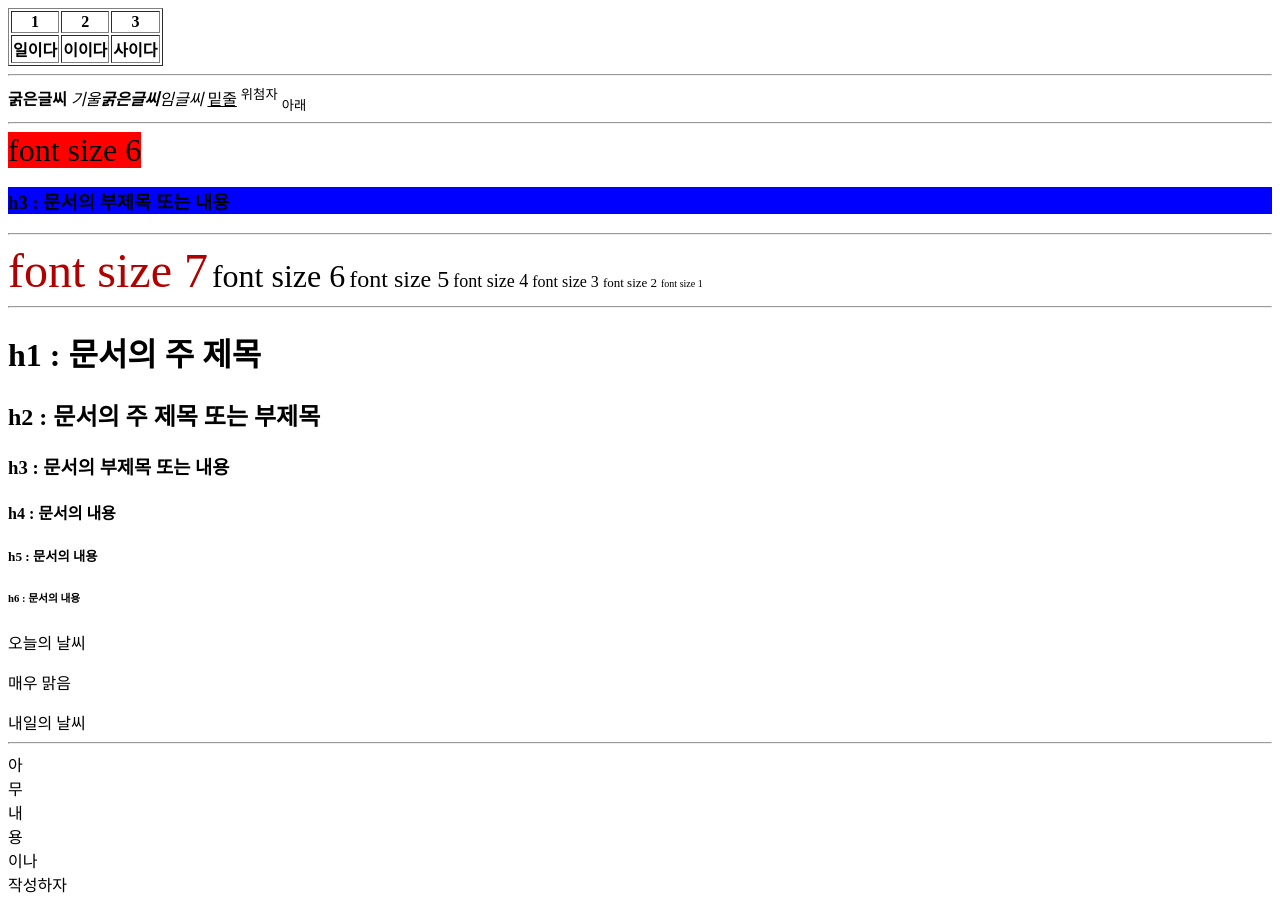
Repository: thswlsqls/JspWorkspace
Page: html/ex01.html
An editor plug-in stored every save of this project. The page is shown before and after the next save, followed by the edit.
The browser window is 1280 px wide. The pictures show the whole page.

Above is the page before, as saved 2021-04-09 08:13:18.

After the next save:
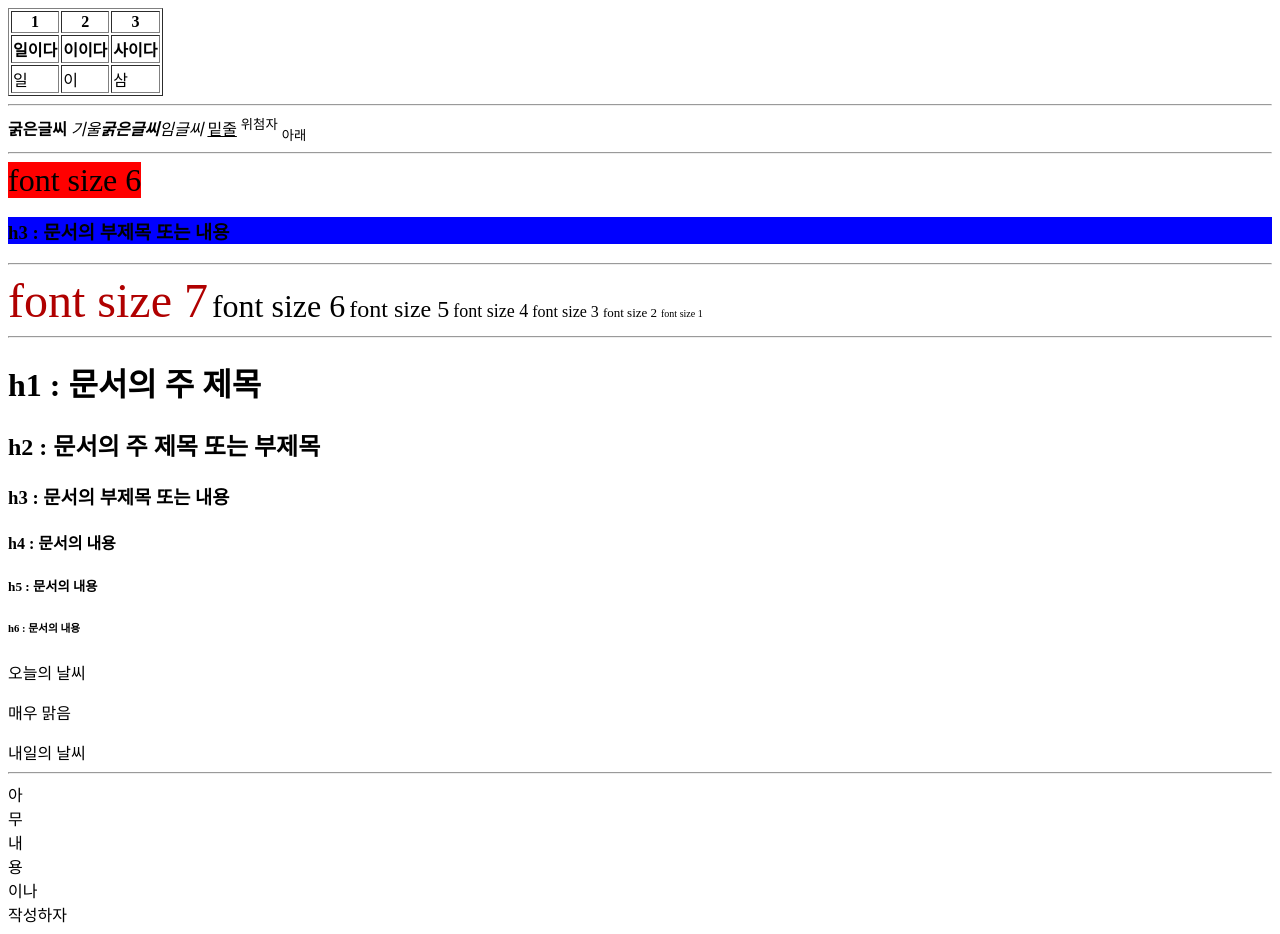
Saved 38 s later.
--- a/html/ex01.html
+++ b/html/ex01.html
@@ -14,6 +14,9 @@
 		</tr>
 		<tr>
 			<th>일이다</th><th>이이다</th><th>사이다</th>
+		</tr>
+		<tr>
+			<td>일</td><td>이</td><td>삼</td>
 		</tr>
 	</table>
 <hr>
